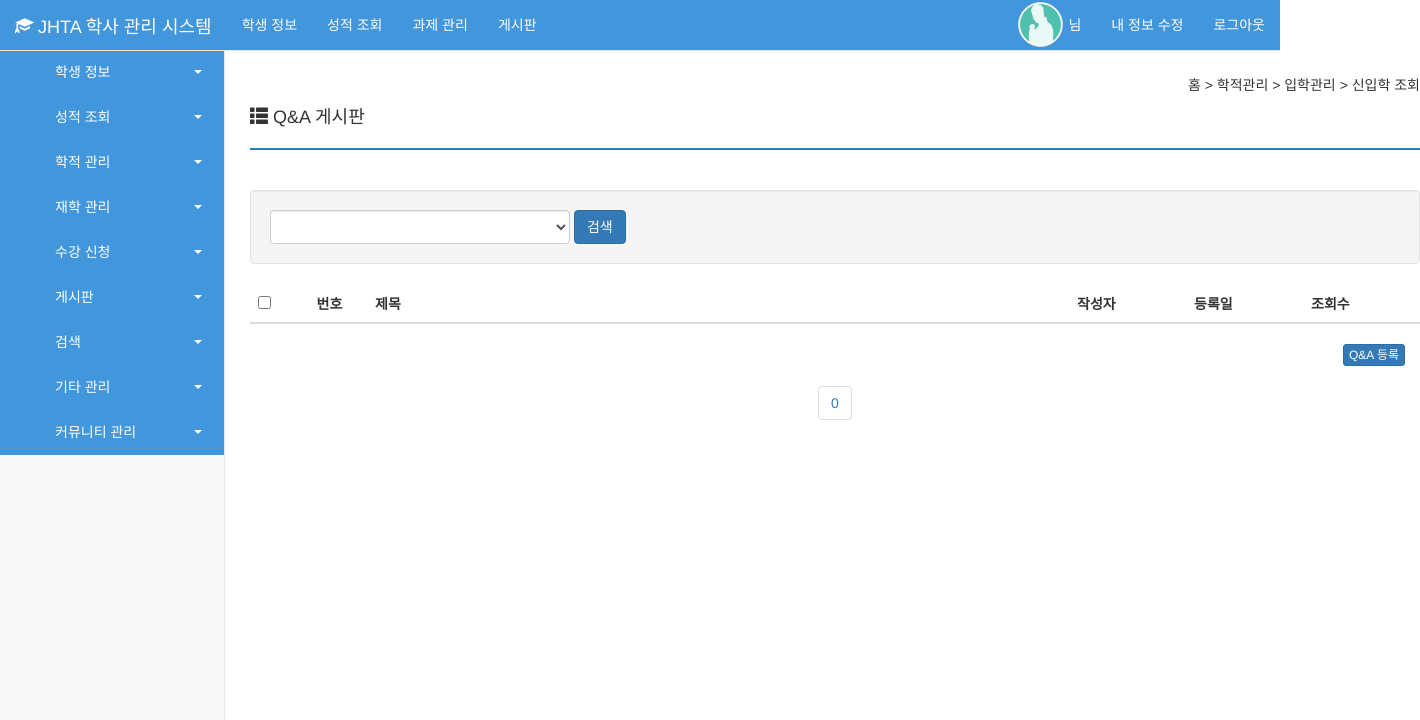
Repository: 92Hjun/spring
Page: http://localhost/spring-final/WEB-INF/views/stuboard/stuqnaboard.jsp
The author's editor kept a copy of each file at every save. The page is drawn from the files as they stood at one save, then again after the next save.
The browser window is 1280 px wide. The page is 1420 px wide, so the pictures cover 1420 px, including what lies to the right of the window. The pictures show the whole page.
Some web libraries are served in a nearby version. The page is served by Tomcat 9. Nobody is signed in. Other server files are loaded and not shown. The template is opened directly, without the code that normally fills it, so the values that code supplies are empty.

Above is the page before, as saved 2017-04-24 07:27:44.

### spring-final/src/main/webapp/WEB-INF/views/stuboard/stuqnaboard.jsp
<%@ page language="java" contentType="text/html; charset=UTF-8"
    pageEncoding="UTF-8"%>
<%@taglib prefix="c" uri="http://java.sun.com/jsp/jstl/core" %>
<%@taglib prefix="fmt" uri="http://java.sun.com/jsp/jstl/fmt" %>
<!DOCTYPE html>
<html lang="ko">
<head>
<meta charset="UTF-8">
<meta name="viewport" content="width=device-width, initial-scale=1">
<link rel="stylesheet" href="https://maxcdn.bootstrapcdn.com/bootstrap/3.3.7/css/bootstrap.min.css">
<script src="https://ajax.googleapis.com/ajax/libs/jquery/3.1.1/jquery.min.js"></script>
<script src="https://maxcdn.bootstrapcdn.com/bootstrap/3.3.7/js/bootstrap.min.js"></script>
<title></title>
<script type="text/javascript">
	$(function(){

		var code = '';
		code = $('select[name="subjectSelect"]').val();
		$('#search-form :input[name="subjectNo"]').val(code);

		$('select[name="subjectSelect"]').change(function(){
			 code = $('select[name="subjectSelect"]').val();
			$('#search-form :input[name="subjectNo"]').val(code);
		});

		$('#search-btn').click(function(){

			$('#search-form').submit();
		});

	});
</script>
</head>
<body>
<%@ include file="/WEB-INF/views/navi/stunavi.jsp" %>
<%@ include file="/WEB-INF/views/navi/sidebarstud.jsp" %>
	<div class="container" style="margin-left: 250px; padding-top:25px;">
		<div class="row text-right">
			홈 > 학적관리 > 입학관리 > 신입학 조회
		</div>
		<div class="row">
			<h4><span class="glyphicon glyphicon-th-list"></span> Q&amp;A 게시판</h4>
			<hr style="border:solid 0.5px #2C7BB5;">
		</div>
		<div style="margin-top: 20px;"></div>
		<div class="row well">
			<div class="form-inline">
				<select class="form-control" name="subjectSelect" style="width: 300px;">
				<c:forEach var="item" items="${subject }">
					<option value="${item.division }">${item.subjectName }</option>
				</c:forEach>
				</select>
				<button id="search-btn" class="btn btn-primary">검색</button>
			</div>
		</div>
		<div class="row">
			<table class="table table-striped">
				<colgroup>
						<col width="5%">
						<col width="5%">
						<col width="*">
						<col width="10%">
						<col width="10%">
						<col width="10%">
				</colgroup>
				<thead>
					<tr>
						<th>
							<input type="checkbox" id="allCheck">
						</th>
						<th>번호</th>
						<th>제목</th>
						<th>작성자</th>
						<th>등록일</th>
						<th>조회수</th>
					</tr>
				</thead>
				<tbody>
					<c:forEach var="board" items="${boardList }">
						<tr>
							<td>
								<input type="checkbox" id="deleteCheck-${board.no }">
							</td>
							<td>${board.no }</td>
							<td><a href="stuqnadetail?bno=${board.no }">${board.title }</a></td>
							<td>${board.writer }</td>
							<td><fmt:formatDate value="${board.regdate }"/> </td>
							<td>${board.countView }</td>
						</tr>
						</c:forEach>
				</tbody>
			</table>
		</div>
		<div class="text-right">
			<a href="stuqnaboardform" class="btn btn-primary btn-xs">Q&amp;A 등록</a>
		</div>
		<div class="text-center">
			<div class="text-center">
				<%@ include file="/WEB-INF/views/board/nav.jsp" %>
			</div>
		</div>
	</div>
	<form id="search-form" action="stuqnaboard" method="post">
		<input type="hidden" name="pageNo" value="1">
		<input type="hidden" name="searchType"  value="${serch.searchType }">
		<input id="keyword" type="hidden" name="keyword" value="${search.keyword }" >
		<input type="hidden" name="display"  value="10">
		<input type="hidden" name="subjectNo" value="">
	</form>
<%@ include file="/WEB-INF/views/footer/footer.jsp" %>
</body>
</html>

### spring-final/src/main/webapp/WEB-INF/views/navi/stunavi.jsp
<%@ page language="java" contentType="text/html; charset=UTF-8" pageEncoding="UTF-8"%>
<link rel="stylesheet" href="https://maxcdn.bootstrapcdn.com/bootstrap/3.3.7/css/bootstrap.min.css">
<script src="https://maxcdn.bootstrapcdn.com/bootstrap/3.3.7/js/bootstrap.min.js"></script>
 <style type="text/css">

@import url('//maxcdn.bootstrapcdn.com/font-awesome/4.4.0/css/font-awesome.min.css');

.navbar-default .navbar-nav #user-profile {
    height: 50px;
    padding-top: 15px;
    padding-left: 58px;
}

.navbar-default .navbar-nav #user-profile img {
    height: 45px;
    width: 45px;
    position: absolute;
    top: 2px;
    left: 8px;
    padding: 1px;
}

#wrapper {
    padding-top: 50px;
    padding-left: 0;
    -webkit-transition: all .5s ease;
    -moz-transition: all .5s ease;
    -o-transition: all .5s ease;
    transition: all .5s ease;
}

@media (min-width: 992px) {
    #wrapper {
        padding-left: 225px;
    }
}

@media (min-width: 992px) {
    #wrapper #sidebar-wrapper {
        width: 225px;
    }
}

#sidebar-wrapper {
    border-right: 1px solid #e7e7e7;
}

#sidebar-wrapper {
    z-index: 1000;
    position: fixed;
    left: 225px;
    width: 0;
    height: 100%;
    margin-left: -225px;
    overflow-y: auto;
    background: #f8f8f8;
    -webkit-transition: all .5s ease;
    -moz-transition: all .5s ease;
    -o-transition: all .5s ease;
    transition: all .5s ease;
}

#sidebar-wrapper .sidebar-nav {
    position: absolute;
    top: 0;
    width: 225px;
    font-size: 14px;
    margin: 0;
    padding: 0;
    list-style: none;
}

#sidebar-wrapper .sidebar-nav li {
    text-indent: 0;
    line-height: 45px;
}

#sidebar-wrapper .sidebar-nav li a {
    display: block;
    text-decoration: none;
    color: #fff;
}

#sidebar-wrapper .sidebar-nav li a .sidebar-icon {
    width: 45px;
    height: 45px;
    font-size: 14px;
    padding: 0 2px;
    display: inline-block;
    text-indent: 7px;
    margin-right: 10px;
    color: #000;
    float: left;
}

#sidebar-wrapper .sidebar-nav li a .caret {
  position: absolute;
  right: 23px;
  top: auto;
  margin-top: 20px;
}

#sidebar-wrapper .sidebar-nav li ul.panel-collapse {
    list-style: none;
    -moz-padding-start: 0;
    -webkit-padding-start: 0;
    -khtml-padding-start: 0;
    -o-padding-start: 0;
    padding-start: 0;
    padding: 0;
}

#sidebar-wrapper .sidebar-nav li ul.panel-collapse li i {
    margin-right: 10px;
}

#sidebar-wrapper .sidebar-nav li ul.panel-collapse li {
    text-indent: 15px;
}

@media (max-width: 992px) {
    #wrapper #sidebar-wrapper {
        width: 45px;
    }
    #wrapper #sidebar-wrapper #sidebar #sidemenu li ul {
        position: fixed;
        left: 45px;
        margin-top: -45px;
        z-index: 1000;
        width: 200px;
        height: 0;
    }
}

.sidebar-nav li a {
    color: #fff !important;
}
.sidebar-nav li ul li a {
	background-color: #fff !important;
	color: #0077e5 !important;
}
</style>
    <div id="navbar-wrapper">
        <header>
            <nav class="navbar navbar-default navbar-fixed-top" role="navigation" style="background-color: #4296dc;">
                <div class="container-fluid">
                    <div class="navbar-header">
                        <button type="button" class="navbar-toggle" data-toggle="collapse" data-target="#navbar-collapse">
                            <span class="sr-only">Toggle navigation</span>
                            <span class="icon-bar"></span>
                            <span class="icon-bar"></span>
                            <span class="icon-bar"></span>
                        </button>
                        <a class="navbar-brand" href="home" style="color: white;"><span class="glyphicon glyphicon-education"></span> JHTA 학사 관리 시스템</a>
                            <ul class="nav navbar-nav">
						      <li><a href="stuInfo" style="color: white;">학생 정보</a></li>
						      <li><a href="lookupScore" style="color: white;">성적 조회</a></li>
						      <li><a href="stuReport" style="color: white;">과제 관리</a></li>
						      <li><a href="studeptboard" style="color: white;">게시판</a></li>
    						</ul>
                    </div>

                    <div id="navbar-collapse" class="collapse navbar-collapse">
                        <ul class="nav navbar-nav navbar-right">
                        	<li><a id="user-profile" href="stuInfo"style="color: white;"><img src="../resources/images/map/defaultPersonSircle.jpg" class="img-responsive img-thumbnail img-circle"> ${LOGIN_USER.name }님</a></li>
                            <li><a href="stuInfo" style="color: white;">내 정보 수정</a></li>
                            <li><a href="/jhta/logout" style="color: white;">로그아웃</a></li>
                        </ul>
                    </div>
                </div>
            </nav>
        </header>
    </div>

### spring-final/src/main/webapp/WEB-INF/views/navi/sidebarstud.jsp
<%@ page language="java" contentType="text/html; charset=UTF-8"
    pageEncoding="UTF-8"%>
<script type="text/javascript">
</script>
	<div id="wrapper">
        <div id="sidebar-wrapper">
            <aside id="sidebar">
                <ul id="sidemenu" class="sidebar-nav" style="background-color: #4296dc;">
                    <li>
                        <a class="accordion-toggle collapsed toggle-switch" data-toggle="collapse" data-target="#submenu-2">
                            <span class="sidebar-icon"></span><span class="sidebar-title">학생 정보</span>
                            <b class="caret"></b>
                        </a>
                        <ul id="submenu-2" class="panel-collapse collapse panel-switch" role="menu">
                            <li><a href="stuInfo"><i class="fa fa-caret-right"></i>정보 조회</a></li>
                            <li><a href="stuPwdCheck"><i class="fa fa-caret-right"></i>비밀번호 변경</a></li>
                        </ul>
                    </li>
                    <li>
                        <a class="accordion-toggle collapsed toggle-switch" data-toggle="collapse" href="#submenu-3">
                            <span class="sidebar-icon"></span><span class="sidebar-title">성적 조회</span>
                            <b class="caret"></b>
                        </a>
                        <ul id="submenu-3" class="panel-collapse collapse panel-switch" role="menu">
                            <li><a href="lookupScore"><i class="fa fa-caret-right"></i>현학기 성적 조회</a></li>
                            <li><a href="lookupAllScore"><i class="fa fa-caret-right"></i>전체학기 성적 조회</a></li>
                        </ul>
                    </li>
                    <li>
                        <a class="accordion-toggle collapsed toggle-switch" data-toggle="collapse" href="#submenu-4">
                            <span class="sidebar-icon"></span><span class="sidebar-title">학적 관리</span>
                            <b class="caret"></b>
                        </a>
                        <ul id="submenu-4" class="panel-collapse collapse panel-switch" role="menu">
                            <li><a href="leave"><i class="fa fa-caret-right"></i>휴학 신청</a></li>
                            <li><a href="reinstate"><i class="fa fa-caret-right"></i>복학 신청</a></li>
                            <li><a href="dropoff"><i class="fa fa-caret-right"></i>자퇴 신청</a></li>
                        </ul>
                    </li>
                    <li>
                        <a class="accordion-toggle collapsed toggle-switch" data-toggle="collapse" href="#submenu-5">
                            <span class="sidebar-icon"></span><span class="sidebar-title">재학 관리</span>                            <b class="caret"></b>
                        </a>
                        <ul id="submenu-5" class="panel-collapse collapse panel-switch" role="menu">
                            <li><a href="stuReport"><i class="fa fa-caret-right"></i>과제 관리</a></li>
                            <li><a href="stuAttendance"><i class="fa fa-caret-right"></i>출결 관리</a></li>
                            <li><a href="studenttime"><i class="fa fa-caret-right"></i>시간표</a></li>
                        </ul>
                    </li>
                    <li>
                        <a class="accordion-toggle collapsed toggle-switch" data-toggle="collapse" href="#submenu-6">
                            <span class="sidebar-icon"></span><span class="sidebar-title">수강 신청</span>
                            <b class="caret"></b>
                        </a>
                        <ul id="submenu-6" class="panel-collapse collapse panel-switch" role="menu">
                            <li><a href="enrollMain"><i class="fa fa-caret-right"></i>수강 신청</a></li>
                            <li><a href="nowEnrollList"><i class="fa fa-caret-right"></i>수강 목록</a></li>
                        </ul>
                    </li>
                    <li>
                        <a class="accordion-toggle collapsed toggle-switch" data-toggle="collapse" href="#submenu-7">
                            <span class="sidebar-icon"></span><span class="sidebar-title">게시판</span>
                            <b class="caret"></b>
                        </a>
                        <ul id="submenu-7" class="panel-collapse collapse panel-switch" role="menu">
                            <li><a href="studeptboard"><i class="fa fa-caret-right"></i>학과 게시판</a></li>
                            <li><a href="stufreeboard"><i class="fa fa-caret-right"></i>자유 게시판</a></li>
                            <li><a href="stuqnaboard"><i class="fa fa-caret-right"></i>Q&amp;A 게시판</a></li>
                        </ul>
                    </li>
                    <li>
                        <a class="accordion-toggle collapsed toggle-switch" data-toggle="collapse" href="#submenu-8">
                            <span class="sidebar-icon"></span><span class="sidebar-title">검색</span>
                            <b class="caret"></b>
                        </a>
                        <ul id="submenu-8" class="panel-collapse collapse panel-switch" role="menu">
                            <li><a href="#"><i class="fa fa-caret-right"></i>논문 검색</a></li>
                            <li><a href="#"><i class="fa fa-caret-right"></i>도서 검색</a></li>
                        </ul>
                    </li>
                    <li>
                        <a class="accordion-toggle collapsed toggle-switch" data-toggle="collapse" href="#submenu-8">
                            <span class="sidebar-icon"></span><span class="sidebar-title">기타 관리</span>
                            <b class="caret"></b>
                        </a>
                        <ul id="submenu-8" class="panel-collapse collapse panel-switch" role="menu">
                            <li><a href="#"><i class="fa fa-caret-right"></i>기타1</a></li>
                            <li><a href="#"><i class="fa fa-caret-right"></i>기타2</a></li>
                        </ul>
                    </li>
                    <li>
					     <a class="accordion-toggle collapsed toggle-switch" data-toggle="collapse" href="#submenu-9">
					         <span class="sidebar-icon"></span><span class="sidebar-title">커뮤니티 관리</span>
					         <b class="caret"></b>
					     </a>
					     <ul id="submenu-9" class="panel-collapse collapse panel-switch" role="menu">
					         <li><a href="sturecmessagebox"><i class="fa fa-caret-right"></i>쪽지 관리</a></li>
					     </ul>
					 </li>
                </ul>
            </aside>
        </div>
    </div>

### spring-final/src/main/webapp/WEB-INF/views/board/nav.jsp
<%@ page language="java" contentType="text/html; charset=UTF-8"
    pageEncoding="UTF-8"%>
<%@taglib prefix="c" uri="http://java.sun.com/jsp/jstl/core"%>
<!DOCTYPE html>
<html lang="ko">
<head>
<meta charset="UTF-8">
<title>Insert title here</title>
</head>
<body>
<ul class="pagination">
	<c:if test="${pagination.currentBlock gt 1 }">
		<li>
			<a href="${link }?pageNo=${pagination.prevBlock }" id="navi-${pagination.prevBlock }" aria-label="Previous">
				<span aria-hidden="true">&laquo;</span>
			</a>
		</li>
	</c:if>
	<c:forEach var="pno" begin="${pagination.beginPage }" end="${pagination.endPage }">
		<c:choose>
			<c:when test="${pno eq pagination.currentPage }">
				<li class="active">
					<a href="${link }?pageNo=${pno }" id="navi-${pno }">${pno }</a>
				</li>
			</c:when>
			<c:otherwise>
				<li>
					<a href="${link }?pageNo=${pno }" id="navi-${pno }">${pno }</a>
				</li>
			</c:otherwise>
		</c:choose>
	</c:forEach>
	<c:if test="${pagination.currentBlock lt pagination.totalBlocks }">
		<li>
			<a href="${link }?pageNo=${pagination.nextBlock }" id="navi-${pagination.nextBlock }" aria-label="Next">
				<span aria-hidden="true">&raquo;</span>
			</a>
		</li>
	</c:if>
</ul>
</body>
</html>

### spring-final/src/main/webapp/WEB-INF/views/footer/footer.jsp

		</div>
        <!-- /#page-wrapper -->
    </div>
    <!-- /#wrapper -->
</body>
</html>

After the next save:
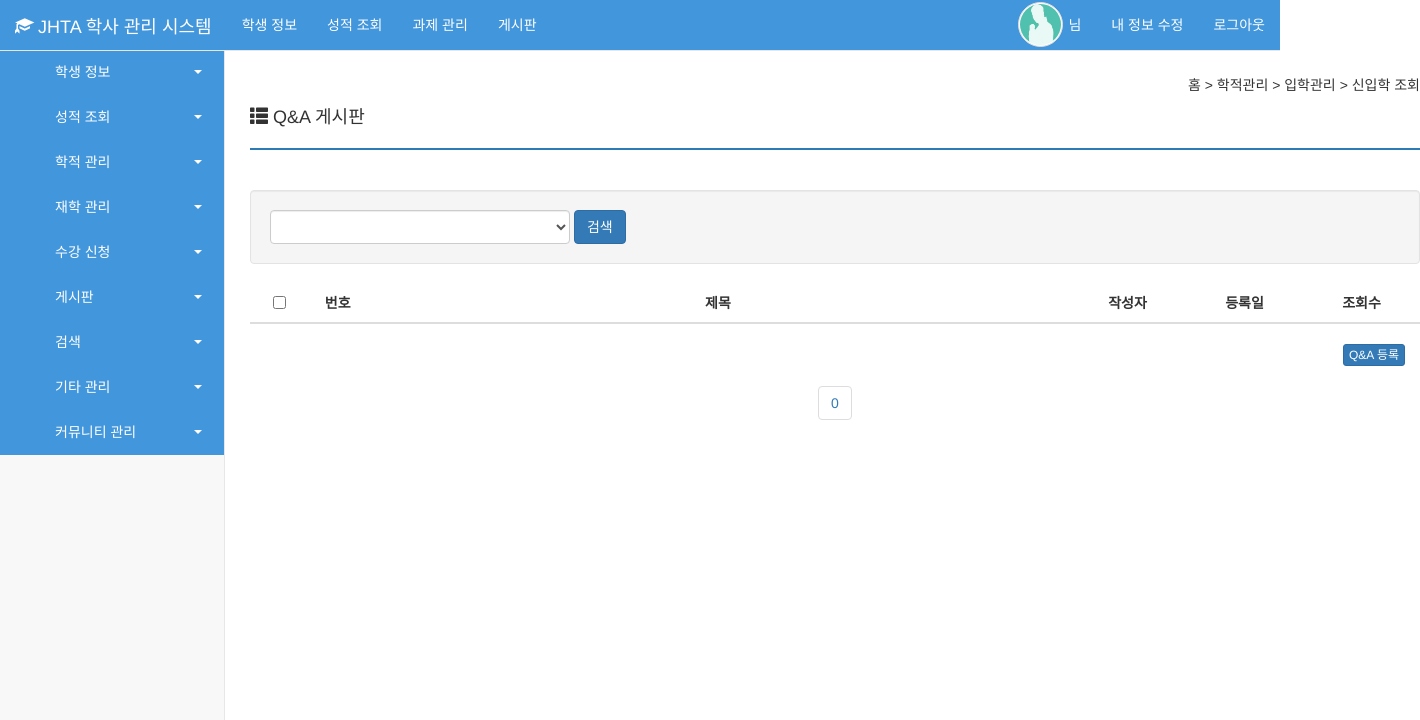
Saved 3 min 5 s later.
--- a/spring-final/src/main/webapp/WEB-INF/views/stuboard/stuqnaboard.jsp
+++ b/spring-final/src/main/webapp/WEB-INF/views/stuboard/stuqnaboard.jsp
@@ -11,6 +11,10 @@
 <script src="https://ajax.googleapis.com/ajax/libs/jquery/3.1.1/jquery.min.js"></script>
 <script src="https://maxcdn.bootstrapcdn.com/bootstrap/3.3.7/js/bootstrap.min.js"></script>
 <title></title>
+<style type="text/css">
+   th { text-align: center !important;
+      vertical-align: middle !important;}
+</style>
 <script type="text/javascript">
 	$(function(){
 
